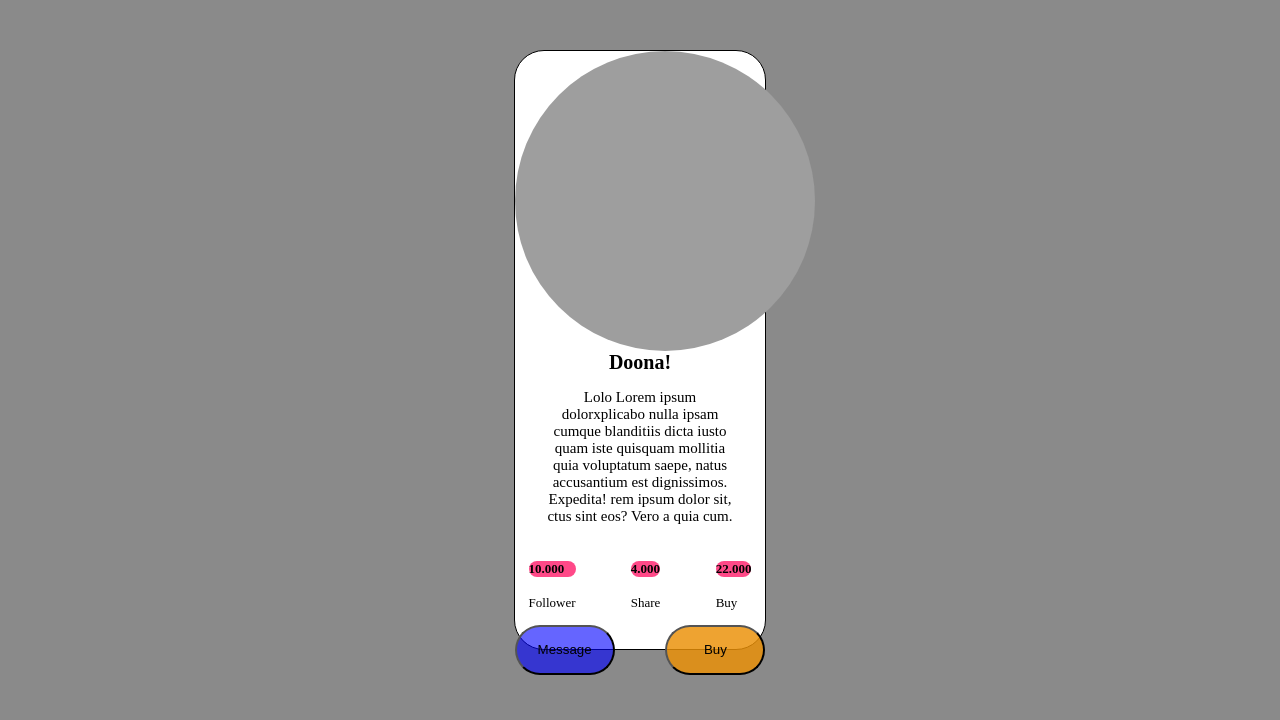
Repository: 16-Doffy/FE-UI
Page: Form-basic copy/index.html
The author's editor kept a copy of each file at every save. The page is drawn from the files as they stood at one save, then again after the next save.
The browser window is 1280 px wide. The pictures show the whole page.
Pictures or frames that could not be fetched are drawn as grey boxes.

Above is the page before, as saved 2024-12-25 20:02:15.

### Form-basic copy/index.html
<!DOCTYPE html>
<html lang="en">

<head>
    <meta charset="UTF-8">
    <meta name="viewport" content="width=device-width, initial-scale=1.0">
    <link rel="stylesheet" href="styles.css">
    <link href="https://cdnjs.cloudflare.com/ajax/libs/font-awesome/6.5.1/css/all.min.css" rel="stylesheet">
    <title>Giao diện Form</title>
</head>

<body>
    <div class="head">
        <div class="head-avater">
            <img src="https://encrypted-tbn0.gstatic.com/images?q=tbn:ANd9GcQtNetyNagsa6Ue1dm65NlUYNRS2VPVrNSCmQ&s"
                alt="">
            <div class="head-name">Doona!</div>
        </div>

        <p class="head-desc">Lolo
           Lorem ipsum dolorxplicabo nulla ipsam cumque blanditiis dicta iusto quam iste quisquam mollitia quia voluptatum saepe, natus accusantium est dignissimos. Expedita! rem ipsum dolor sit, ctus sint eos? Vero a quia cum.</p>
        <div class="card">
            <div class="card-item">
                <h4 class="card-item-number">10.000</h4>
                <span class="card-item-text">Follower</span>
            </div>

            <div class="card-item">
                <h4 class="card-item-number">4.000</h4>
                <span class="card-item-text">Share</span>
            </div>

            <div class="card-item">
                <h4 class="card-item-number">22.000</h4>
                <span class="card-item-text">Buy</span>
            </div>
        </div>
        <div class="fo">
        <button class="foot">Message</button>
        <button class="foot">Buy</button>
    </div>
    </div>
</body>

</html>

### Form-basic copy/styles.css
:root {
  --color: #de4b3e;
  --color1: #c74237;
  --color2:#4797ff;
  --bi: linear-gradient( to top,#ff4988,#ffc781,#fffefc);
  --fs: 15px;
}
html{
    font-size: 62.5%;
    background-color: rgba(0, 0, 0, 0.459);
}
* {
  box-sizing: border-box;
}
/* body{
height: 100vh;
width: 100%;
  display: flex;
  align-items: center;
  justify-content: center;
  border: 1px solid black;

} */
.head{
margin:0 auto;
margin-top: 50px;
width: 20%;
height: 600px;
display: block;
background-color: white;
border: 1px solid black;
border-radius: 30px;
}
.head-avater img{
  display: flex;
width: 300px;
height: 300px;
margin: 0 auto;
border-radius: 50%;
}
.head-name{
display: flex;
text-align: center;
justify-content: center;
margin-bottom: 13px;
font-size: 20px;
font-weight: bold;
}

.head-desc{
  padding: 0 30px 0 30px;
  display: flex;
  text-align: center;
  justify-content: center;
  margin-bottom: 5px;
  font-size: 1.5rem;
}
.card{
  display: flex;
  justify-content: space-between;
  align-items: center;
}
.card-item{
display: block;
align-items: center;
justify-content: center;
padding: 14px;
}
.card-item-number{
background-color: #ff4988;
border-radius: 20px;
font-size: 13px;
}
.card-item-text{
  font-size: 13px;
}
.fo{
  display: flex;
  justify-content: space-between;
}
.foot{
  width: 100px;
  height: 50px;
  border-radius: 50px;
}
.foot:first-child{
  background-color: rgba(0, 0, 255, 0.603);
}
.foot:nth-of-type(2){
  background-color: rgba(235, 144, 7, 0.829);
}

After the next save:
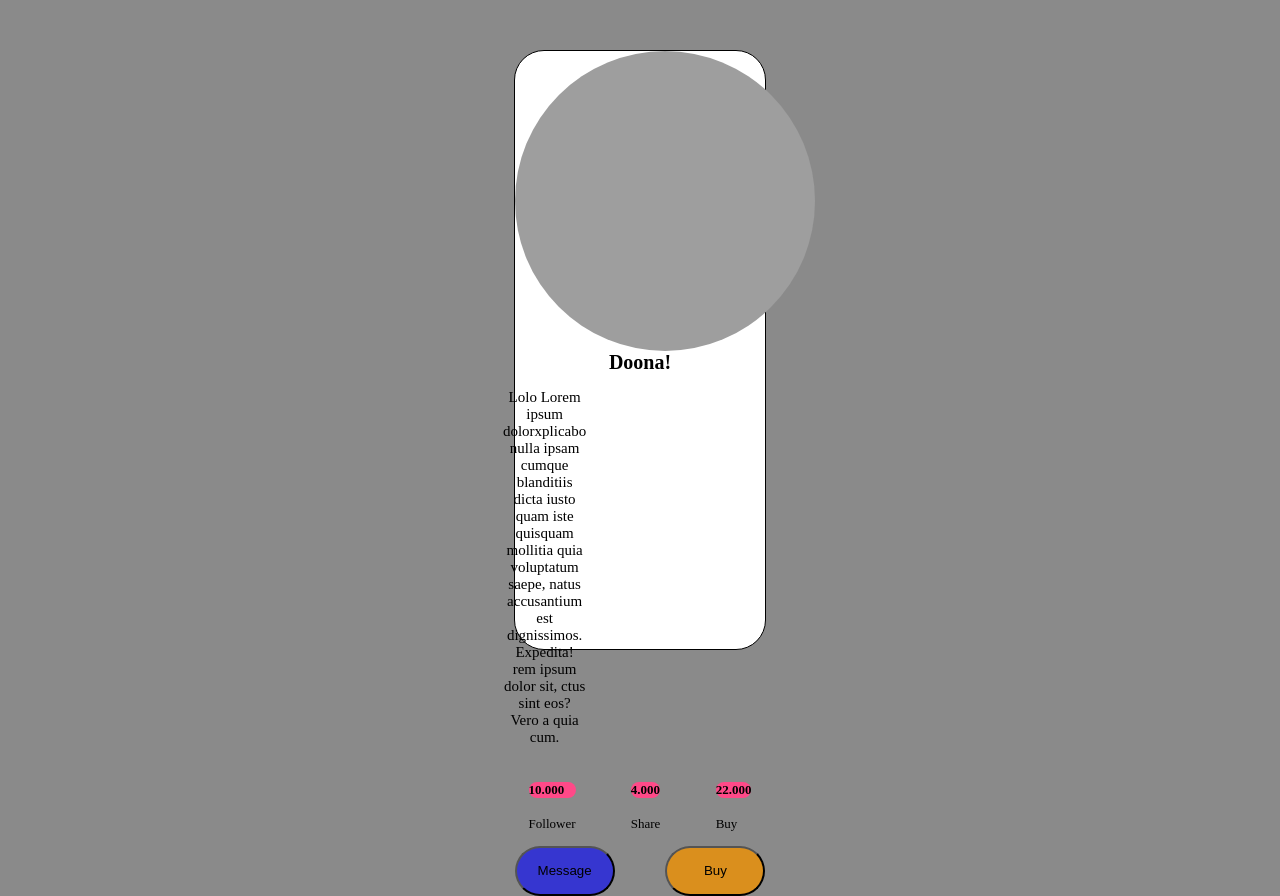
Saved 8 s later.
--- a/Form-basic copy/styles.css
+++ b/Form-basic copy/styles.css
@@ -48,6 +48,7 @@
 }
 
 .head-desc{
+  width: 10%;
   padding: 0 30px 0 30px;
   display: flex;
   text-align: center;

After the save that followed:
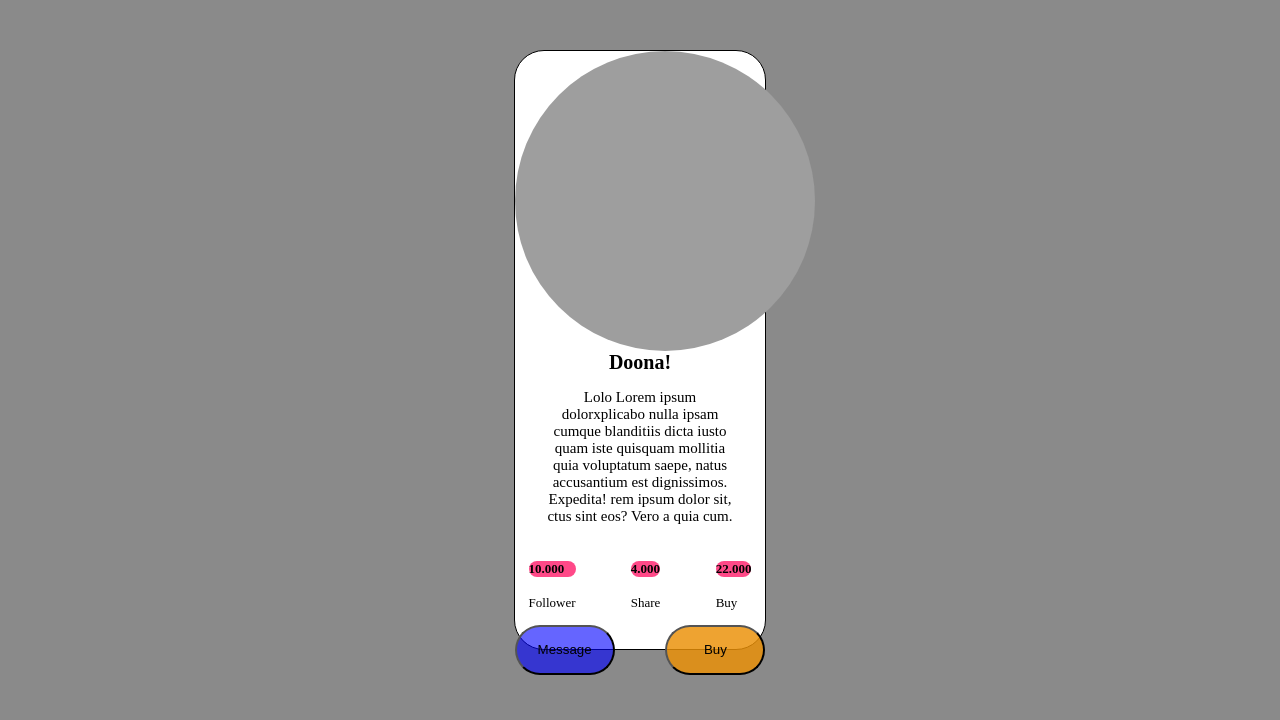
Saved 6 s later.
--- a/Form-basic copy/styles.css
+++ b/Form-basic copy/styles.css
@@ -47,8 +47,7 @@
 font-weight: bold;
 }
 
-.head-desc{
-  width: 10%;
+.head-desc{width: 100%;
   padding: 0 30px 0 30px;
   display: flex;
   text-align: center;
